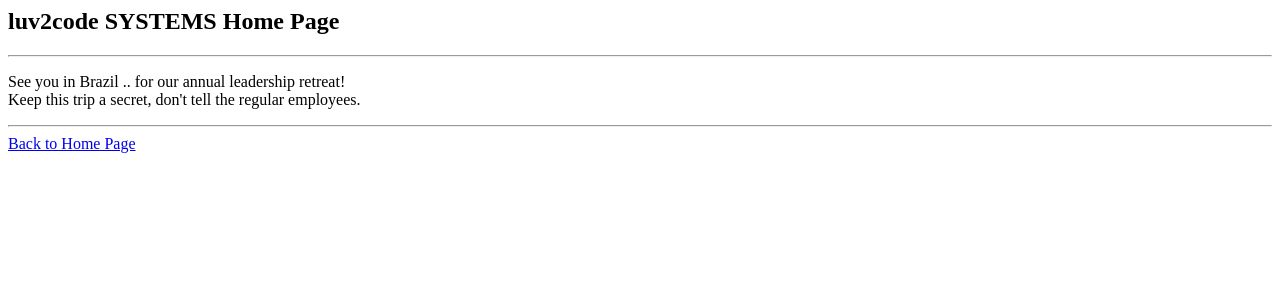
Repository: dchan98/spring-security-demo
Page: http://localhost/spring-security-demo-07-user-roles/systems
An editor plug-in stored every save of this project. The page is shown before and after the next save, followed by the edit.
The browser window is 1280 px wide. The pictures show the whole page.
The page is served by Tomcat 9.

Above is the page before, as saved 2019-02-07 20:09:39.

After the next save:
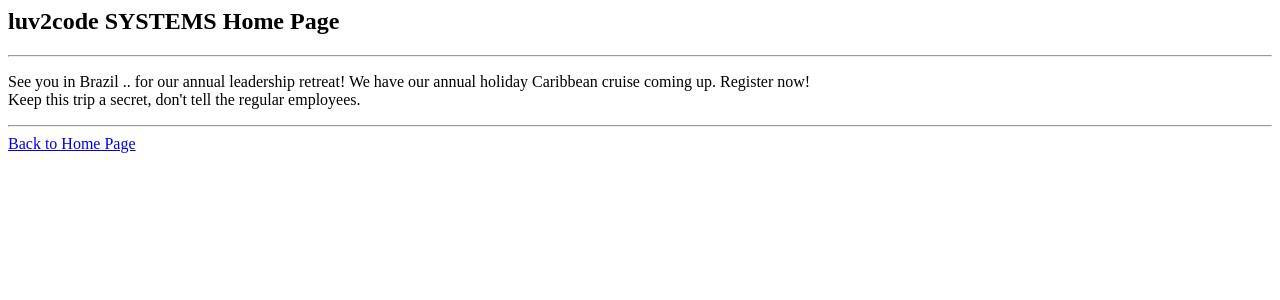
Saved 23 s later.
--- a/spring-security-demo-starter/spring-security-demo-07-user-roles/src/main/webapp/WEB-INF/view/systems.jsp
+++ b/spring-security-demo-starter/spring-security-demo-07-user-roles/src/main/webapp/WEB-INF/view/systems.jsp
@@ -10,6 +10,7 @@
 
 <p>
   See you in Brazil .. for our annual leadership retreat!
+  We have our annual holiday Caribbean cruise coming up. Register now!
   <br>
   Keep this trip a secret, don't tell the regular employees.
 </p>
